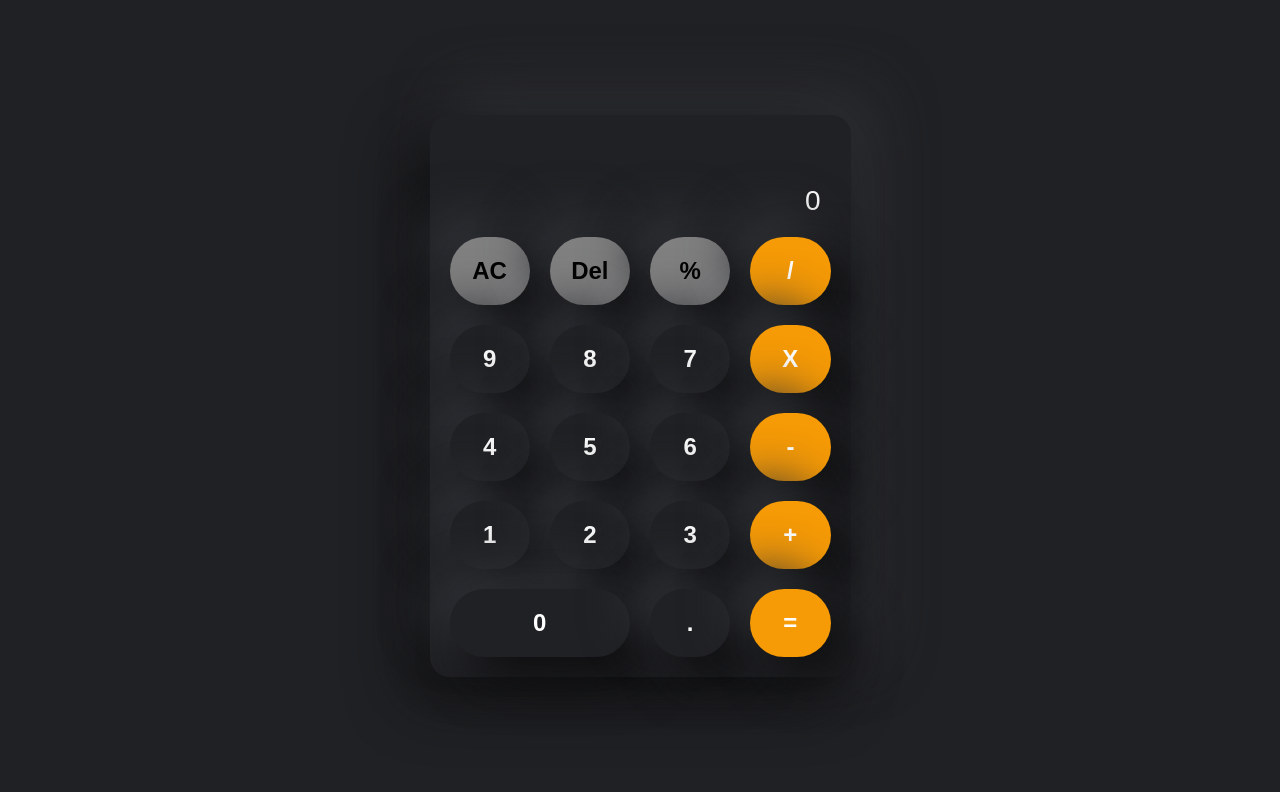
Repository: ble-syn/reactCalculator
Page: /
The author's editor kept a copy of each file at every save. The page is drawn from the files as they stood at one save, then again after the next save.
The browser window is 1280 px wide. The pictures show the whole page.
The project was rebuilt for these pictures with package versions that can differ from the ones it lists, and the page was loaded fresh each time.

Above is the page before, as saved 2022-10-06 23:09:02.

After the next save:
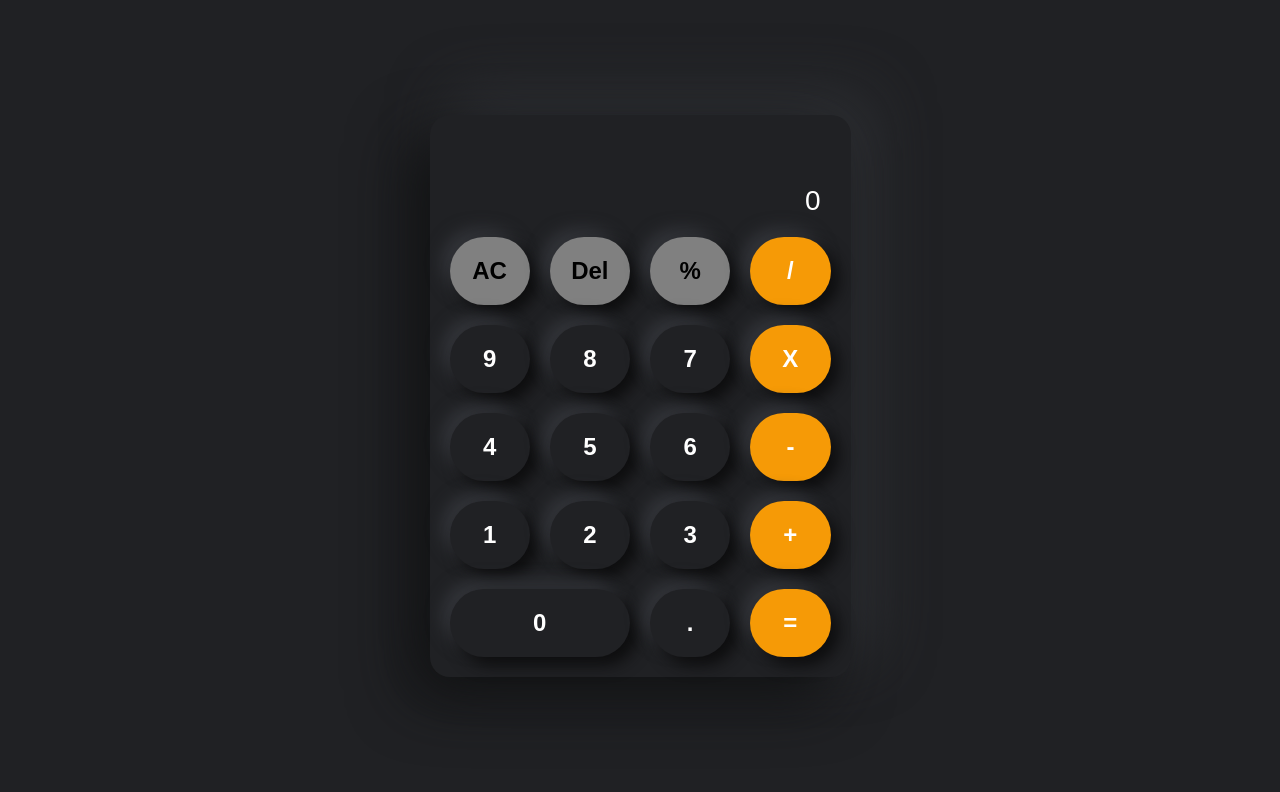
Saved 56 s later.
--- a/src/index.css
+++ b/src/index.css
@@ -55,8 +55,8 @@ button {
   font-size: 24px;
   cursor: pointer;
   background: #202124;
-  box-shadow:  20px 20px 50px #0d0d0e,
-  -20px -20px 50px #33353a;
+  box-shadow:  8px 8px 16px #0d0d0e,
+  -8px -8px 16px #33353a;
 }
 button:focus {
   background-color: #D1D1D1;
